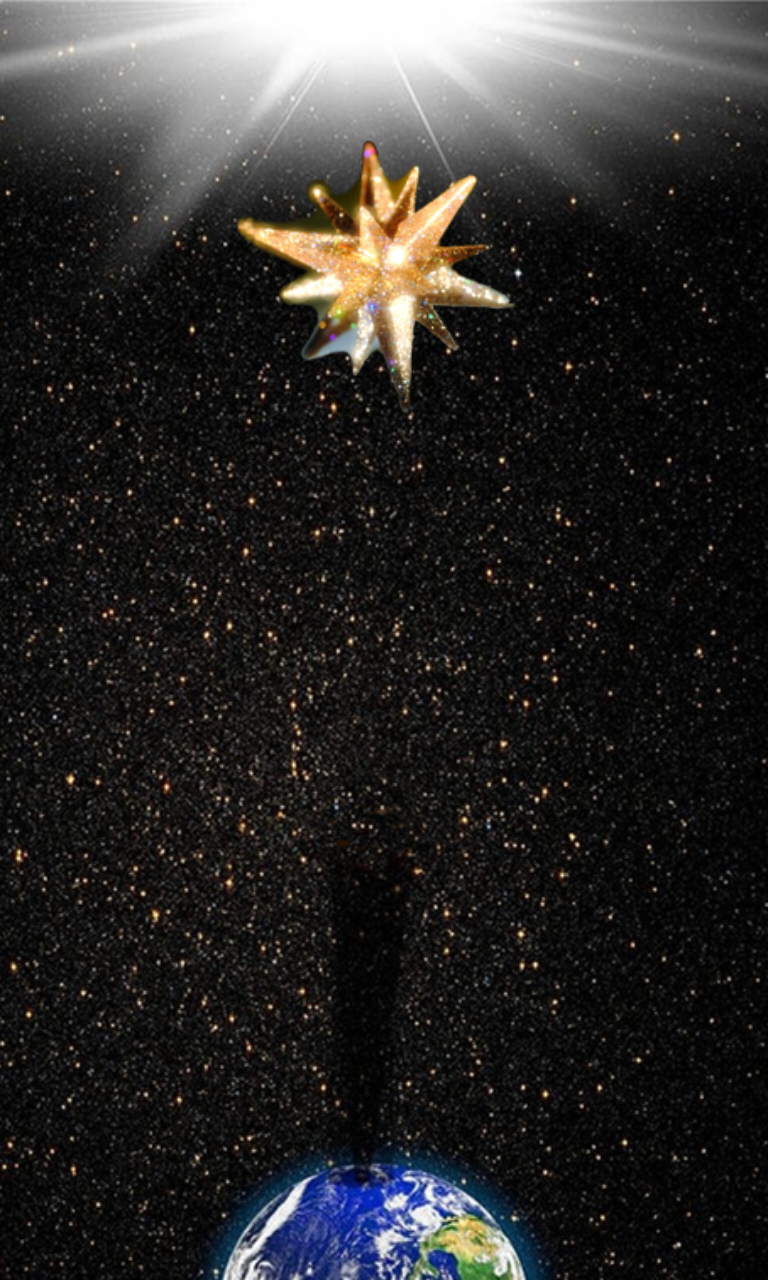
Repository: xianyun2014/StarPoint
Layout: game/res/layout/activity_main.xml
The author's editor kept a copy of each file at every save. The layout is drawn from the files as they stood at one save, then again after the next save.
It is drawn on a 768 x 1280 px phone screen (xhdpi) without system bars, with theme AppTheme; the app's code is not run.

Above is the layout before, as saved 2014-11-14 06:23:19.

After the next save:
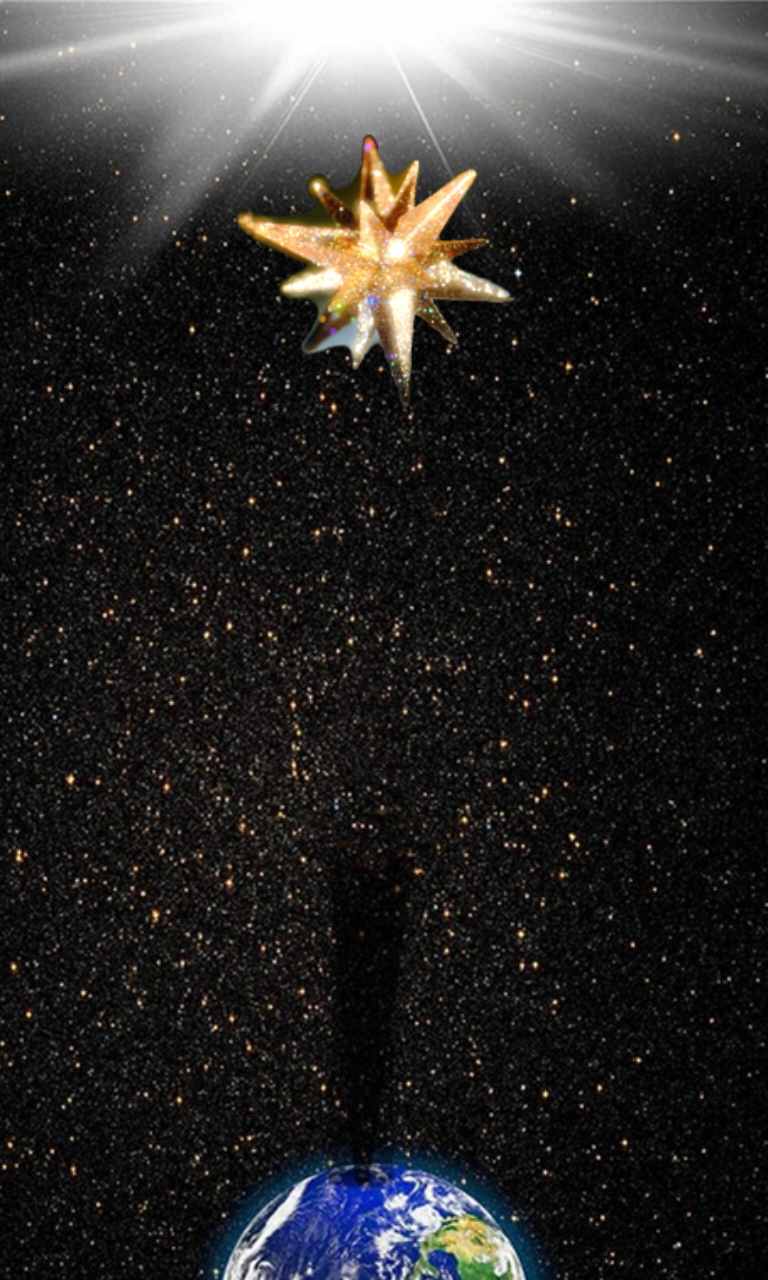
Saved 12 s later.
--- a/game/res/layout/activity_main.xml
+++ b/game/res/layout/activity_main.xml
@@ -18,7 +18,7 @@
         android:layout_height="150dp"
         android:layout_alignParentTop="true"
         android:layout_centerHorizontal="true"
-        android:layout_marginTop="57dp"
+        android:layout_marginTop="54dp"
         android:scaleType="fitXY"
         android:src="@drawable/star" />
 
